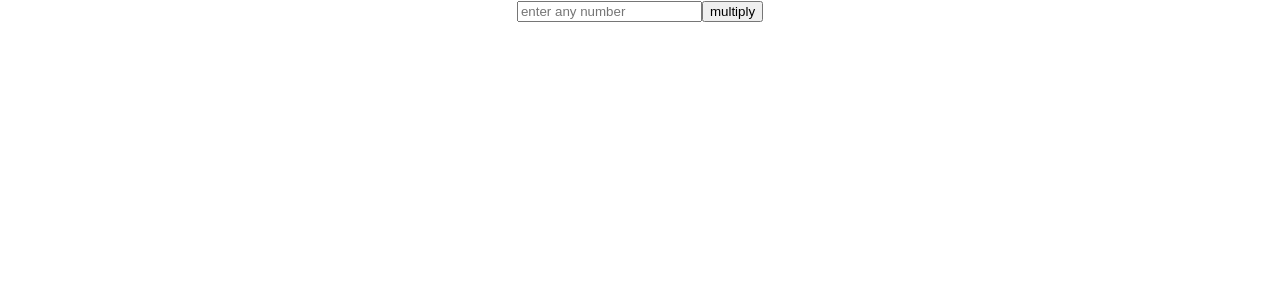
Repository: kirangautam45/multiple-of-number
Page: /
The author's editor kept a copy of each file at every save. The page is drawn from the files as they stood at one save, then again after a run of saves.
The browser window is 1280 px wide. The pictures show the whole page.
The project was rebuilt for these pictures with package versions that can differ from the ones it lists, and the page was loaded fresh each time.

Above is the page before, as saved 2022-08-09 08:53:22.

After the next 4 saves:
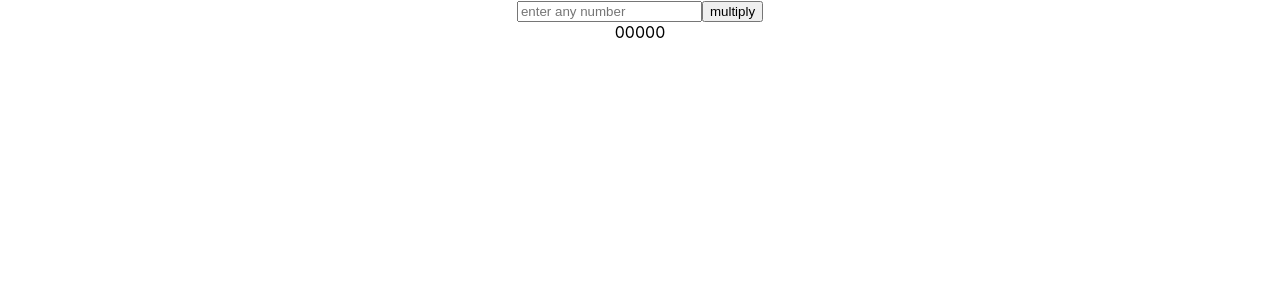
The 4 saves are shown as one change because 2 did not build or start and some came seconds apart.
The last was saved 44 s later.
--- a/src/App.js
+++ b/src/App.js
@@ -4,8 +4,8 @@
 const App = () => {
   const [inputData, setData] = useState("");
   //const [number, setNumber] = useState([]);
- // let setNumber =[]
-  const multiply = (setNumber =[]) => {
+  let setNumber =[]
+  const multiply = (arr=[]) => {
     for (let i = 1; i <= 5; i++) {
       let result = inputData * i;
       setNumber.push(result);
@@ -28,7 +28,7 @@
 
       <button onClick={multiply}>multiply</button>
      <div>
-      {multiply}
+      {multiply()}
      </div>
     </div>
   );

After the 2 saves that followed:
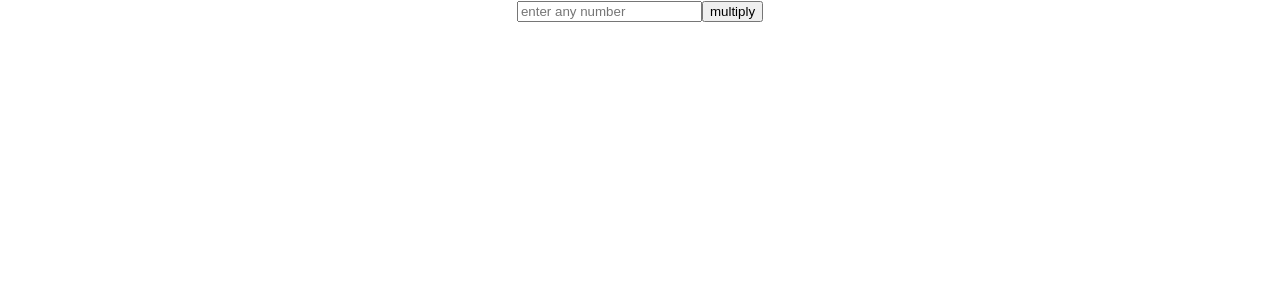
The 2 saves are shown as one change because they came seconds apart.
The last was saved 6 s later.
--- a/src/App.js
+++ b/src/App.js
@@ -5,7 +5,7 @@
   const [inputData, setData] = useState("");
   //const [number, setNumber] = useState([]);
   let setNumber =[]
-  const multiply = (arr=[]) => {
+  const multiply = () => {
     for (let i = 1; i <= 5; i++) {
       let result = inputData * i;
       setNumber.push(result);
@@ -28,7 +28,7 @@
 
       <button onClick={multiply}>multiply</button>
      <div>
-      {multiply()}
+      {}
      </div>
     </div>
   );
